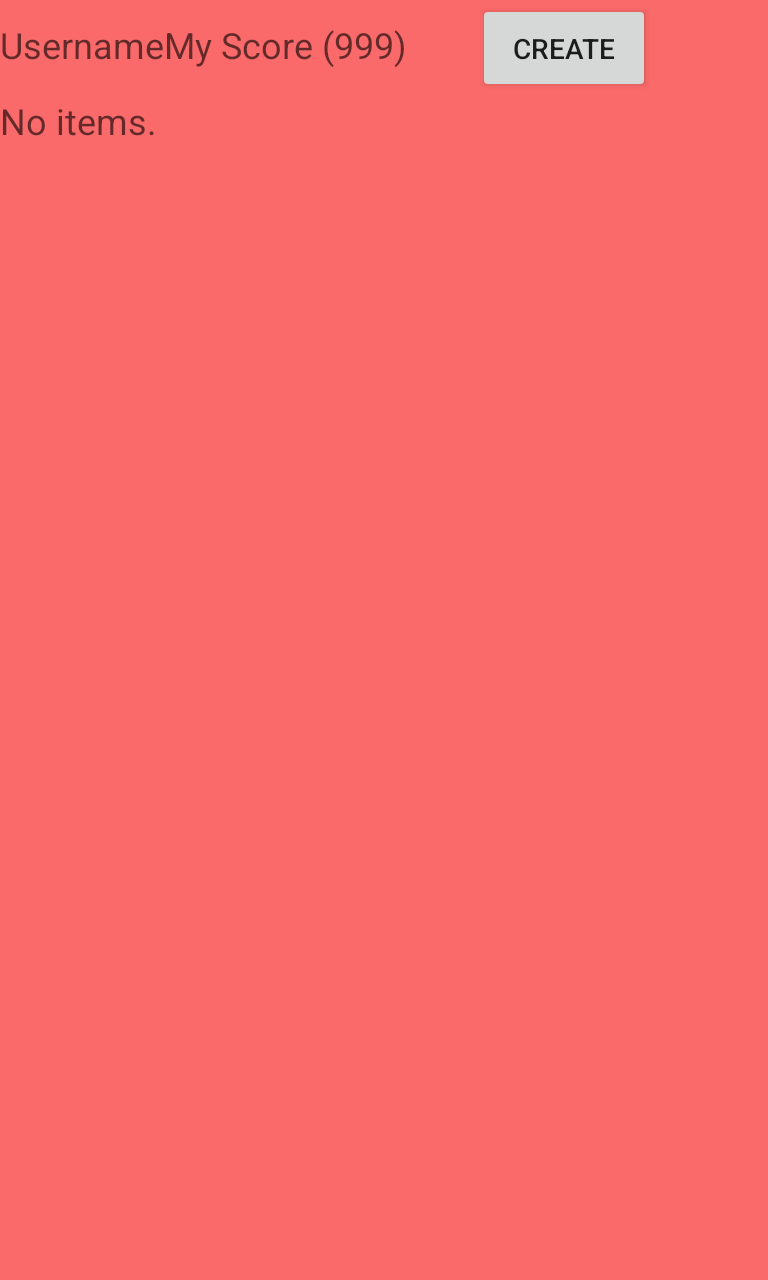
Repository: quantumlicht/android-capstone
Layout: capstone_client/res/layout/fragment_completed_quiz.xml
The author's editor kept a copy of each file at every save. The layout is drawn from the files as they stood at one save, then again after the next save.
It is drawn on a 768 x 1280 px phone screen (xhdpi) without system bars, with theme AppTheme; the app's code is not run. Lists and similar views that code fills are empty. The app's manifest (not shown) leaves right-to-left support off. So textAlignment, textDirection and layoutDirection are ignored, and left and right values win over start and end ones.

Above is the layout before, as saved 2014-11-15 02:49:33.

### capstone_client/res/layout/fragment_completed_quiz.xml
<?xml version="1.0" encoding="utf-8"?>
<LinearLayout xmlns:android="http://schemas.android.com/apk/res/android"
    android:layout_width="match_parent"
    android:layout_height="match_parent"
    android:background="#fa6a6a"
    android:orientation="vertical" >

    <LinearLayout
        android:layout_width="match_parent"
        android:layout_height="wrap_content" >

        <TextView
            android:id="@+id/username"
            android:layout_width="wrap_content"
            android:layout_height="wrap_content"
            android:text="Username"
            android:textAppearance="?android:attr/textAppearanceMedium" />

        <TextView
            android:id="@+id/textView2"
            android:layout_width="156dp"
            android:layout_height="wrap_content"
            android:gravity="fill_horizontal|right"
            android:text="My Score (999)"
            android:textAlignment="gravity"
            android:textAppearance="?android:attr/textAppearanceMedium" />

         <Button
             android:id="@+id/createButton"
             android:layout_width="wrap_content"
             android:layout_height="wrap_content"
             android:text="Create" />

    </LinearLayout>

    <FrameLayout
        android:layout_width="match_parent"
        android:layout_height="299dp" >

        <!--
             Here is the list. Since we are using a ListActivity, we
             have to call it "@android:id/list" so ListActivity will
             find it
        -->

        <ListView
            android:id="@+id/android:list"
            android:layout_width="match_parent"
            android:layout_height="match_parent"
            android:drawSelectorOnTop="false" />

        <!-- Here is the view to show if the list is emtpy -->



        <TextView
            android:id="@android:id/empty"
            android:layout_width="match_parent"
            android:layout_height="match_parent"
            android:text="No items."
            android:textAppearance="?android:attr/textAppearanceMedium" />

    </FrameLayout>

</LinearLayout>

### capstone_client/res/values/styles.xml
<resources>

    <!--
        Base application theme, dependent on API level. This theme is replaced
        by AppBaseTheme from res/values-vXX/styles.xml on newer devices.
    -->
    <style name="AppBaseTheme" parent="Theme.AppCompat.Light">
        <!--
            Theme customizations available in newer API levels can go in
            res/values-vXX/styles.xml, while customizations related to
            backward-compatibility can go here.
        -->
    </style>

    <!-- Application theme. -->
    <style name="AppTheme" parent="AppBaseTheme">
        <!-- All customizations that are NOT specific to a particular API-level can go here. -->
    </style>

    <declare-styleable name="FragmentArguments">
    	<attr name="android:label" />
	</declare-styleable>

</resources>

Loaded but not shown: capstone_client/res/values-v11/styles.xml (common file); capstone_client/res/values-v14/styles.xml (common file)

After the next save:
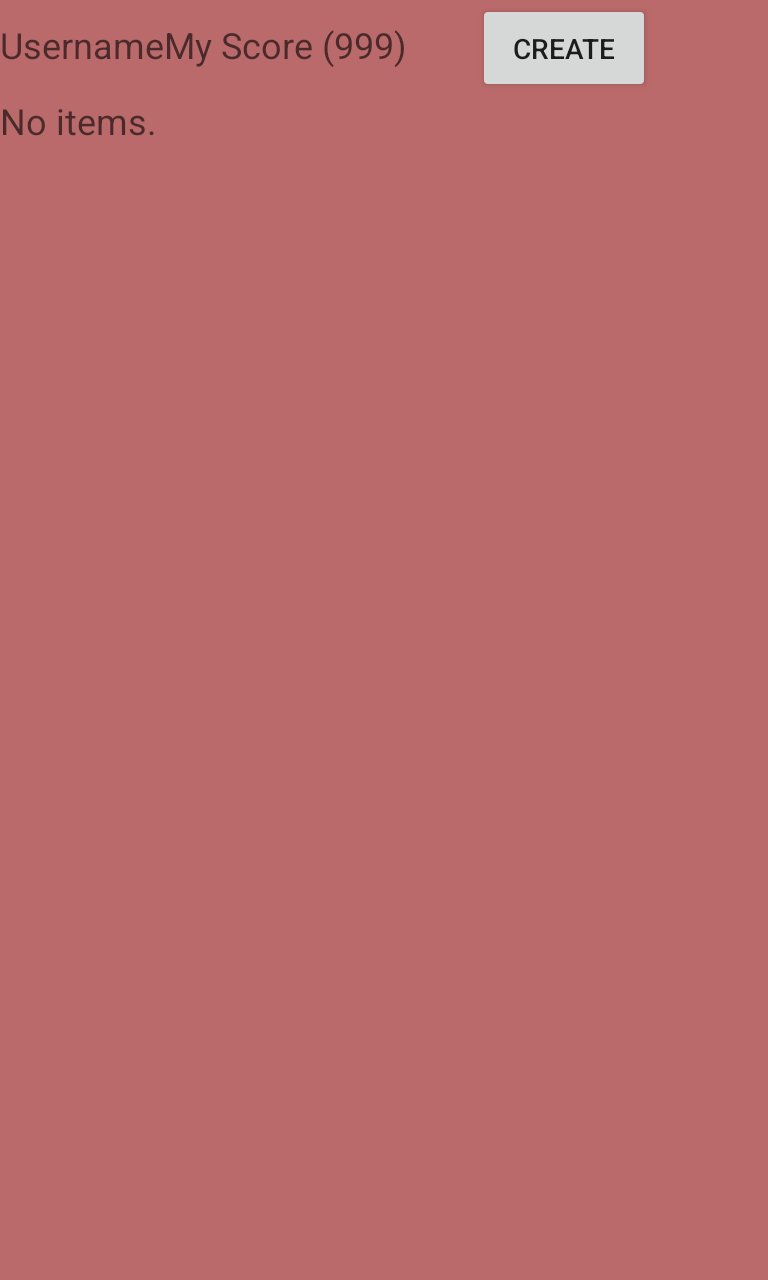
Saved 8 s later.
--- a/capstone_client/res/layout/fragment_completed_quiz.xml
+++ b/capstone_client/res/layout/fragment_completed_quiz.xml
@@ -2,7 +2,7 @@
 <LinearLayout xmlns:android="http://schemas.android.com/apk/res/android"
     android:layout_width="match_parent"
     android:layout_height="match_parent"
-    android:background="#fa6a6a"
+    android:background="#ba6a6a"
     android:orientation="vertical" >
 
     <LinearLayout
